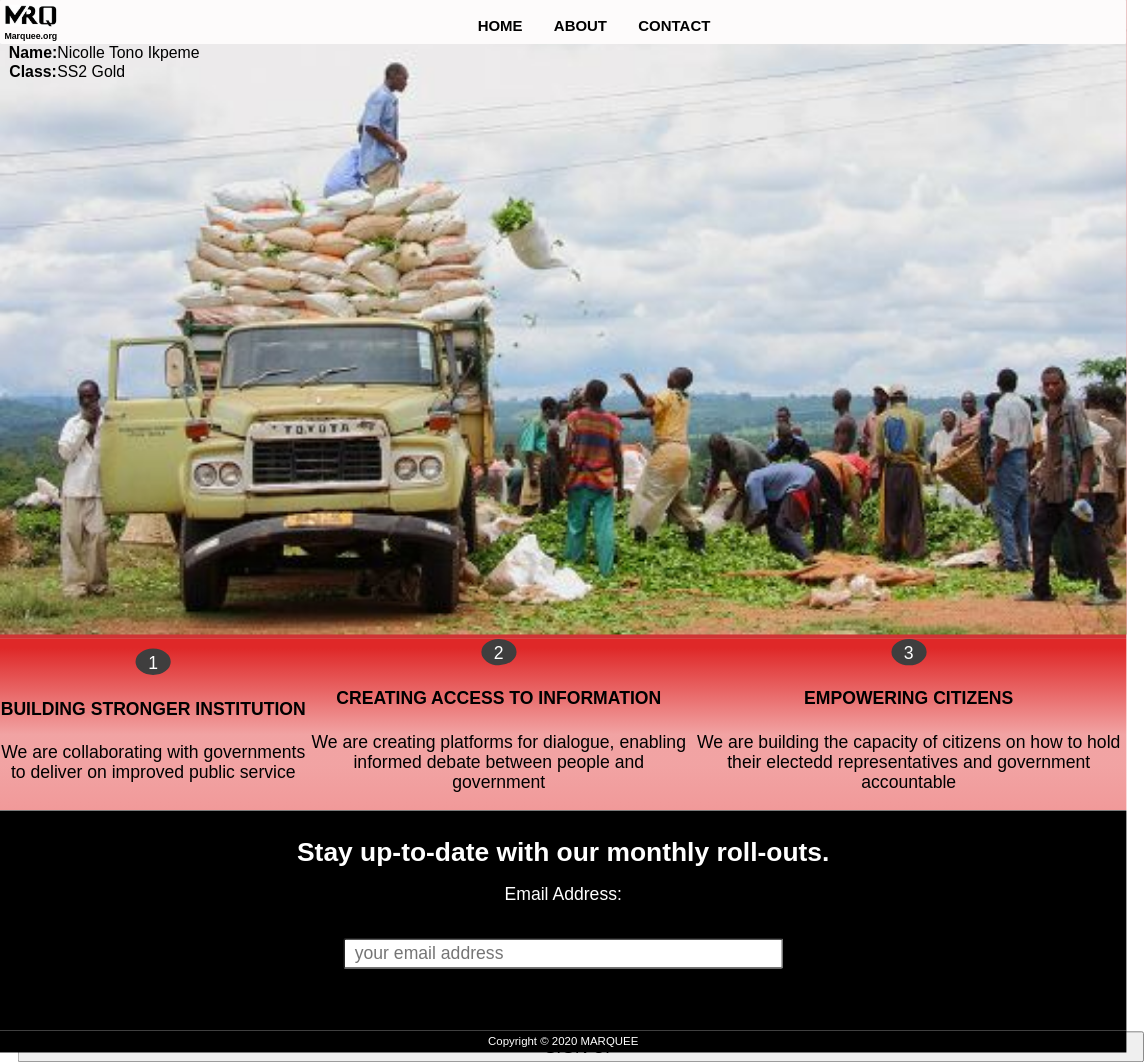
Repository: pboi18/Marquee.org
Page: home.html
The author's editor kept a copy of each file at every save. The page is drawn from the files as they stood at one save, then again after the next save.
The browser window is 1280 px wide. The page is 1300 px wide, then 1280 px, so the pictures cover 1300 px, including what lies to the right of the window. The pictures show the whole page, at 88% of full size.

Above is the page before, as saved 2020-07-11 22:34:39.

After the next save:
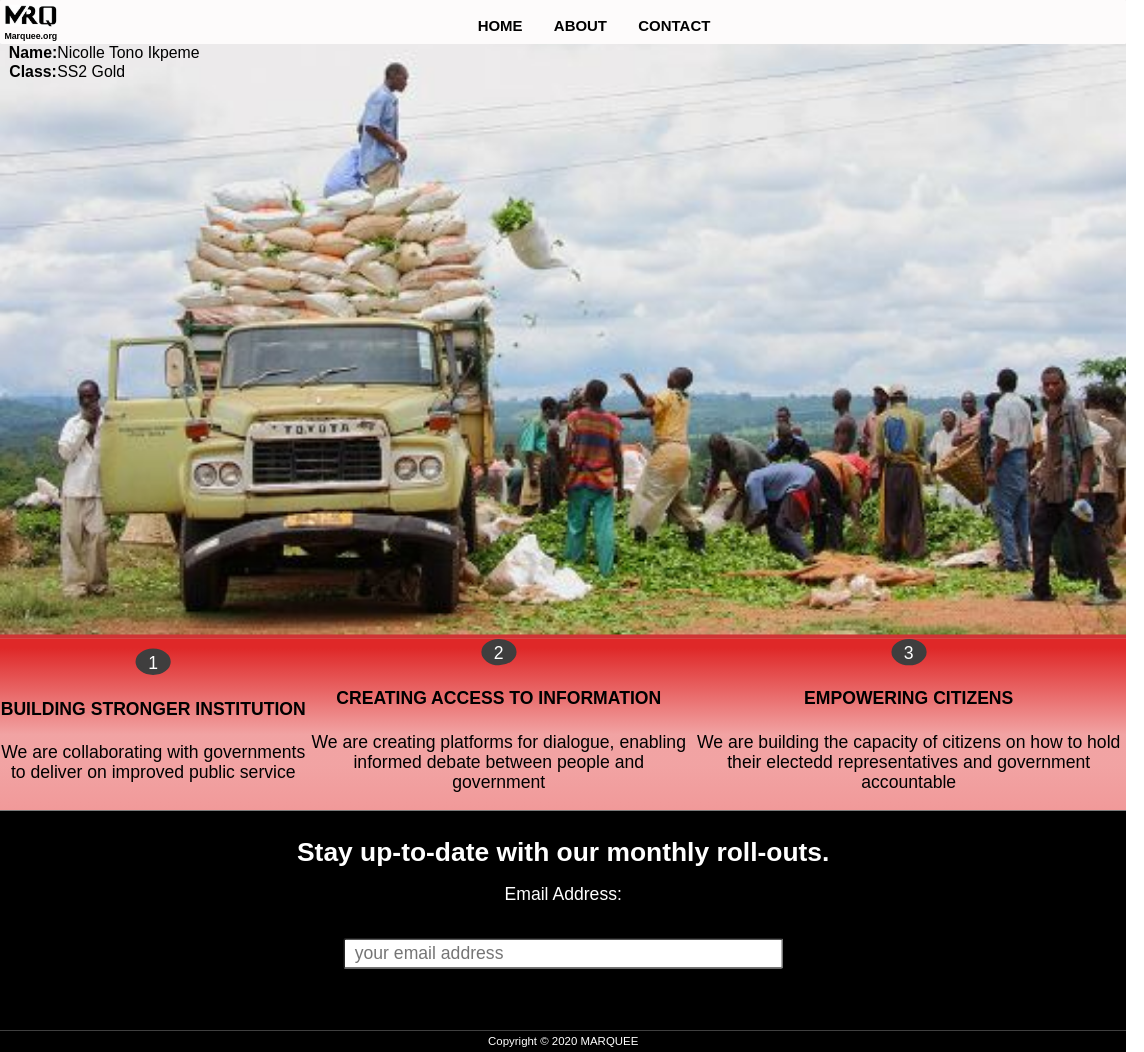
Saved 70 s later.
--- a/home.html
+++ b/home.html
@@ -99,8 +99,8 @@
                     <form style="text-align: center;">
                     <label style="color: white;">Email Address:</label><br>
                     <input type="email" name="email" placeholder="  your email address" style=" width: 500px; border-radius: 3px; margin: 5px auto;" required><br><br>
-                    <input type="submit" value="SIGN UP" name="sign up" style="box-sizing: border-box; padding: 5px 10px; border: 10px 3px;
-                    margin: 20px;">
+                    <button type="submit" value="SIGN UP" name="sign up" style="box-sizing: border-box; padding: 5px 10px; border: 10px 3px;
+                    margin: 20px;"></button>
                     </form>
                 </div>
             </section>
